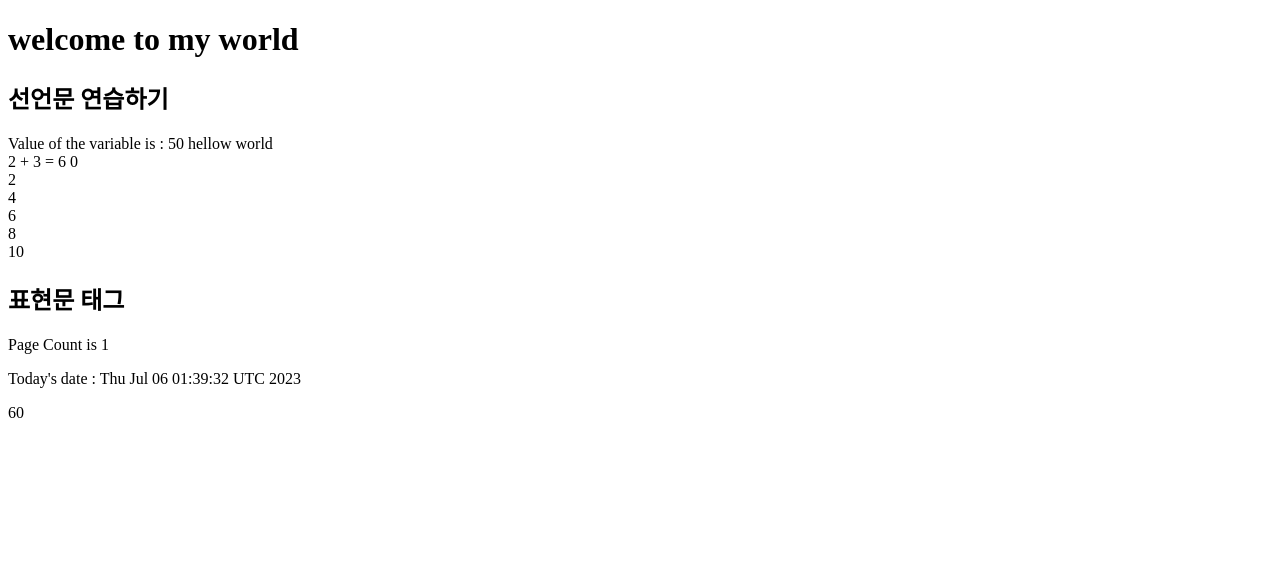
Repository: JeongYT/JSP
Page: http://localhost/jspproject/test1.jsp
The author's editor kept a copy of each file at every save. The page is drawn from the files as they stood at one save, then again after the next save.
The browser window is 1280 px wide. The pictures show the whole page.
The page is served by Tomcat 9.

Above is the page before, as saved 2023-07-06 02:38:07.

After the next save:
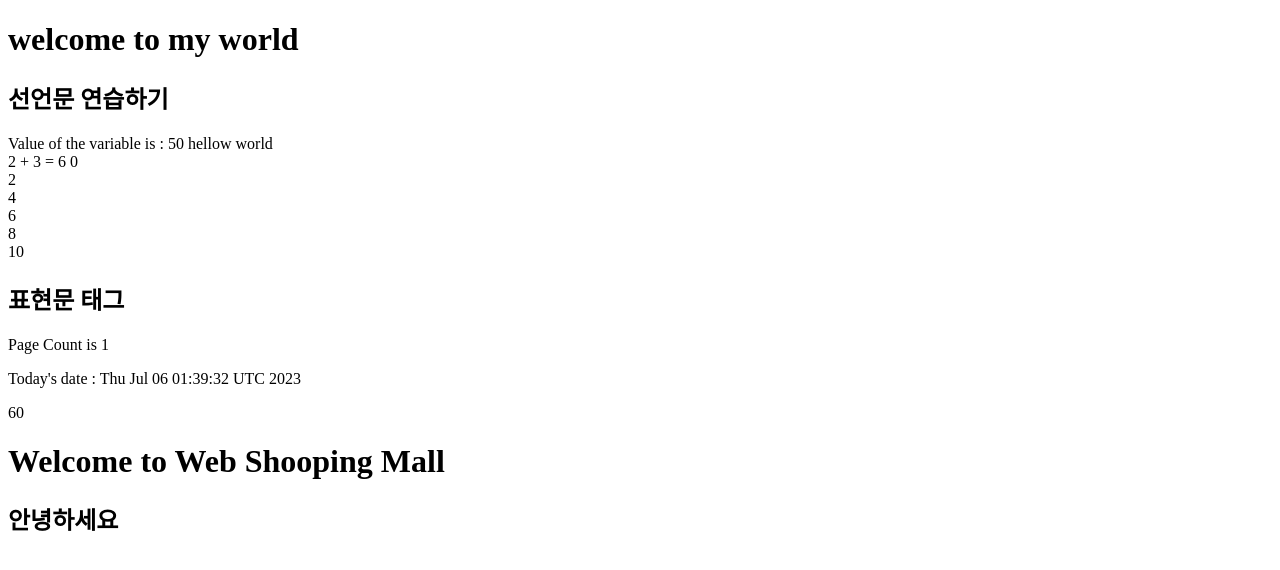
Saved 108 s later.
--- a/jspproject/src/main/webapp/test1.jsp
+++ b/jspproject/src/main/webapp/test1.jsp
@@ -46,5 +46,12 @@
 	%>
 	<%=a1 + b1 + c1%>
 	<%-- 주석처리 컨트롤+시프트+/ --%>
+
+	<%
+		String greeting = "Welcome to Web Shooping Mall";
+		String line="안녕하세요";
+	%>
+	<h1> <%= greeting %></h1>
+	<h2> <%= line %></h2>
 </body>
 </html>
